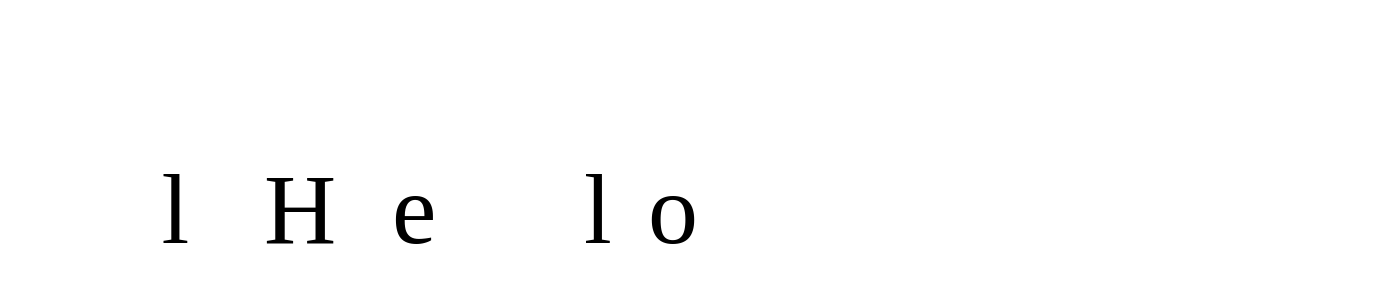
Repository: julihocc/javascript-interview-practice
Page: 01 HTML CSS/Exercise 75/index.html
The author's editor kept a copy of each file at every save. The page is drawn from the files as they stood at one save, then again after the next save.
The browser window is 1280 px wide. The page is 1400 px wide, so the pictures cover 1400 px, including what lies to the right of the window. The pictures show the whole page.

Above is the page before, as saved 2022-09-30 00:24:50.

### 01 HTML CSS/Exercise 75/index.html

<!DOCTYPE html>
<!--[if lt IE 7]>      <html class="no-js lt-ie9 lt-ie8 lt-ie7"> <![endif]-->
<!--[if IE 7]>         <html class="no-js lt-ie9 lt-ie8"> <![endif]-->
<!--[if IE 8]>         <html class="no-js lt-ie9"> <![endif]-->
<!--[if gt IE 8]>      <html class="no-js"> <!--<![endif]-->
<html>
    <head>
        <meta charset="utf-8">
        <meta http-equiv="X-UA-Compatible" content="IE=edge">
        <title></title>
        <meta name="description" content="">
        <meta name="viewport" content="width=device-width, initial-scale=1">
        <link rel="stylesheet" href="./style.css">
    </head>
    <body>
        <div class="wrapper">
            <div class="letter" id="l1">H</div>
            <div class="letter" id="l2">e</div>
            <div class="letter" id="l3">l</div>
            <div class="letter" id="l4">l</div>
            <div class="letter" id="l5">o</div>
        </div>
        <script src="" async defer></script>
    </body>
</html>

### 01 HTML CSS/Exercise 75/style.css
.wrapper {
    position: relative;
    left: 10vw;
    /* font-size:  100px; */
}

.letter{
    position: absolute;
    font-size: 100px;
    top: 20vh;
}

.letter:hover {
    position: absolute;
    font-size: 300px;
    top: 5vh;
}

#l1, #l1:hover {
    left: 10vw;
}

#l2, #l2:hover {
    left: 20vw;
}

#l3, #l3:hover {
    left: 2vw;
}

#l4, #l4:hover {
    left: 35vw;
}

#l5, #l5:hover {
    left: 40vw;
}

After the next save:
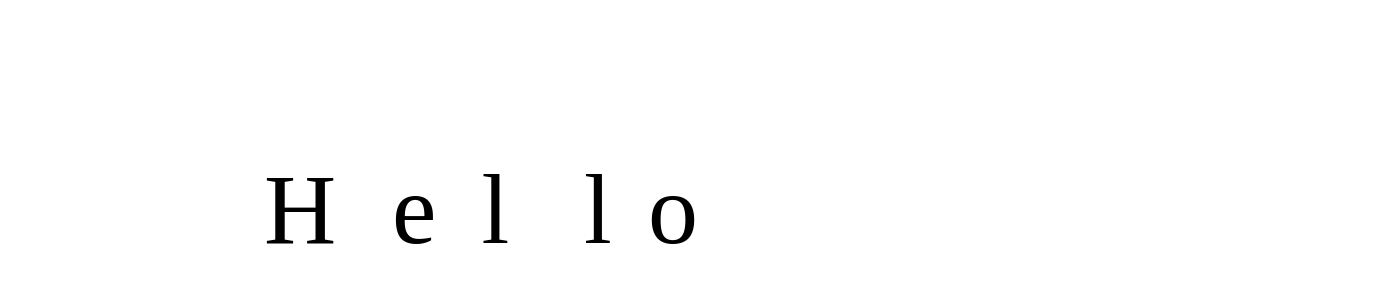
Saved 1 s later.
--- a/01 HTML CSS/Exercise 75/style.css
+++ b/01 HTML CSS/Exercise 75/style.css
@@ -25,7 +25,7 @@
 }
 
 #l3, #l3:hover {
-    left: 2vw;
+    left: 27vw;
 }
 
 #l4, #l4:hover {
